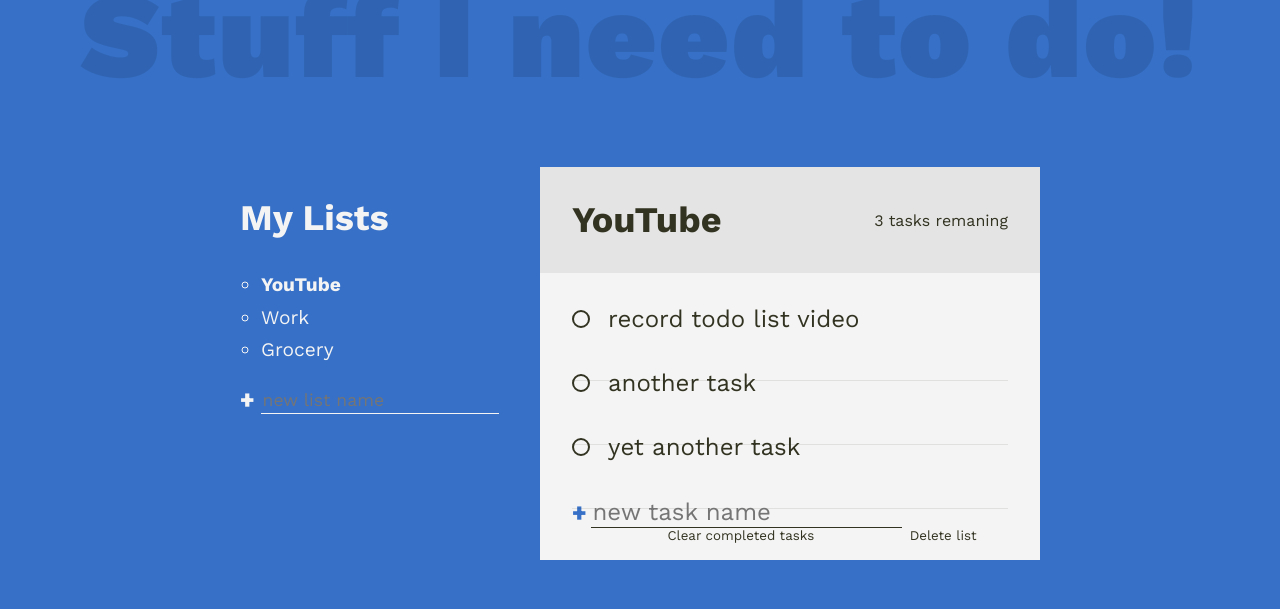
Repository: PratypartyY2K/JavaScript-Projects
Page: Better-ToDo-App/index.html
An editor plug-in stored every save of this project. The page is shown before and after the next save, followed by the edit.
The browser window is 1280 px wide. The pictures show the whole page.

Above is the page before, as saved 2021-07-06 02:06:54.

After the next save:
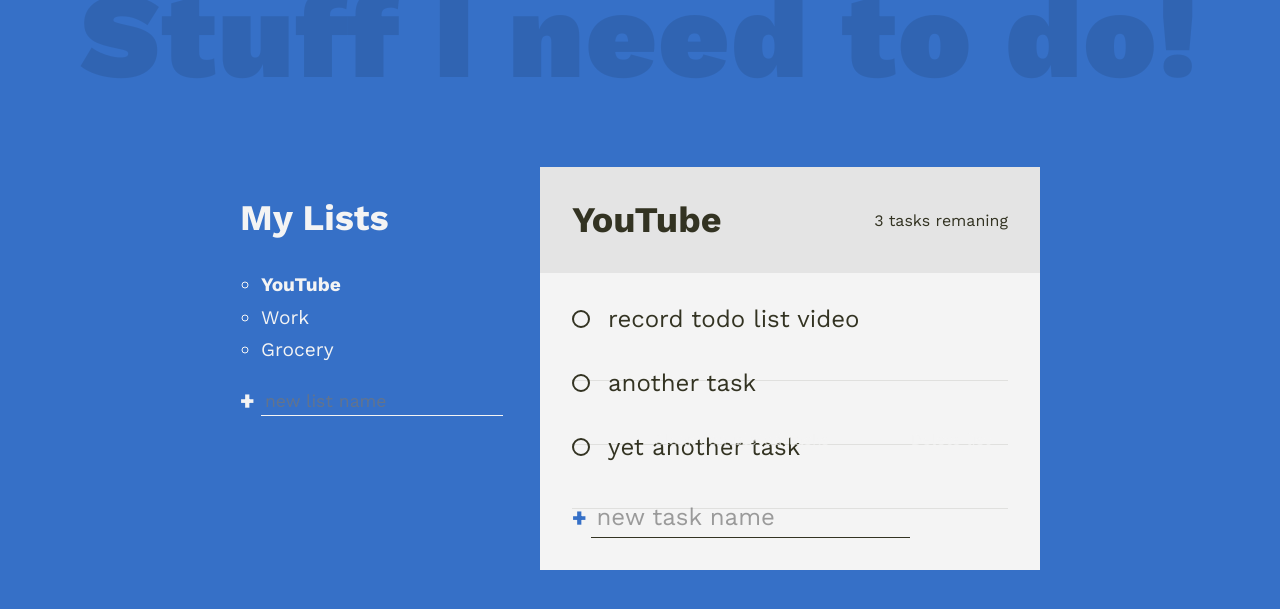
Saved 4 min 21 s later.
--- a/Better-ToDo-App/styles.css
+++ b/Better-ToDo-App/styles.css
@@ -81,6 +81,16 @@
   opacity: 0.7;
 }
 
+.btn.delete {
+    opacity: 0.7;
+    font-size: 1rem;
+    transition: color 200ms;
+}
+
+.btn.delete:hover {
+    color: var(--clr-warning);
+}
+
 .btn.list {
   font-size: 1.5rem;
   font-weight: 900;
@@ -99,7 +109,7 @@
   border-bottom: 1px solid currentColor;
   font-size: inherit;
   outline: none;
-
+  padding: 0.25em;
   transition: border-bottom 250ms ease-in;
   order: 2;
 }
@@ -110,6 +120,10 @@
 
 .new:focus::placeholder {
   opacity: 0.2;
+}
+
+.new::placeholder {
+    opacity: 0.7;
 }
 
 .new.list {
@@ -237,4 +251,7 @@
     justify-content: space-evenly;
     position: absolute;
     width: 100%;
-}
+    top: 0;
+    bottom: -35px;
+    color: var(--clr-light);
+}
